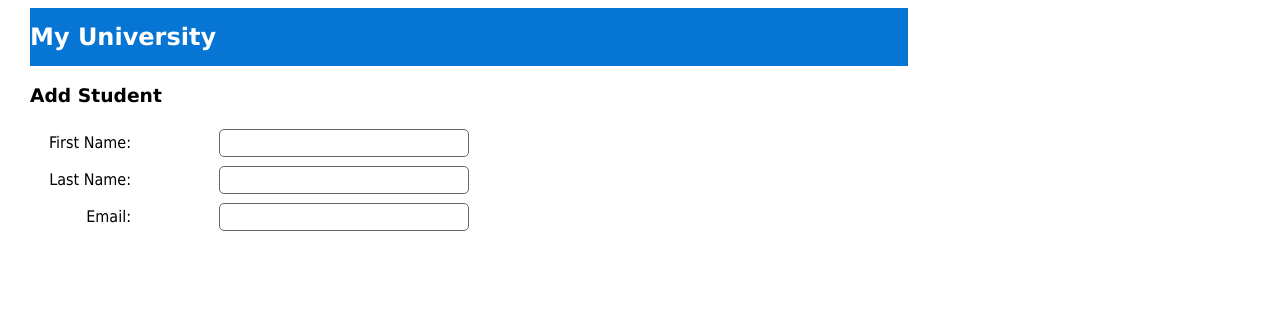
Repository: linhphan98/JavaDatabase
Page: http://localhost/web-student-tracker/add-student-form.jsp
These files come from the project's save history. The page is drawn as it stood at one moment and after the next save; the edit follows.
The browser window is 1280 px wide. The pictures show the whole page.
The page is served by Tomcat 9. Nobody is signed in. The application's start-up code is not run.

Above is the page before, as saved 2020-01-20 17:42:16.

After the next save:
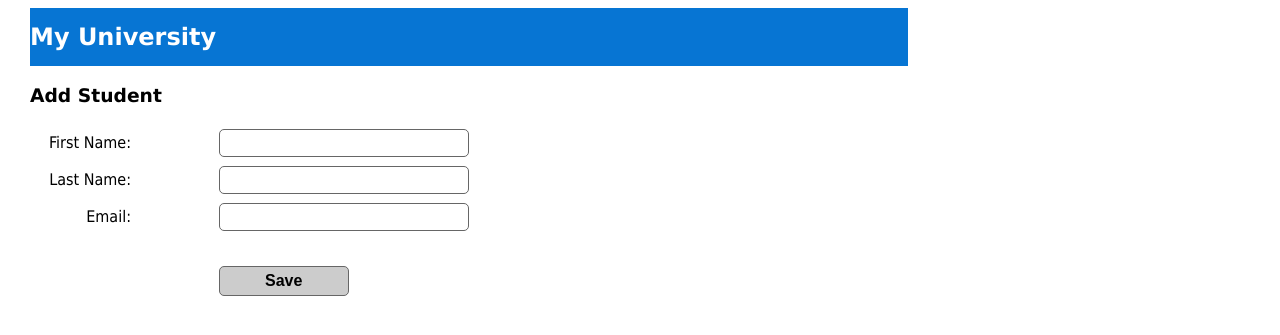
Saved 70 s later.
--- a/web-student-tracker/WebContent/add-student-form.jsp
+++ b/web-student-tracker/WebContent/add-student-form.jsp
@@ -37,6 +37,11 @@
 							<td><label>Email: </label></td>
 							<td><input type="text" name="email"/></td>
 						</tr>
+
+						<tr>
+							<td><label></label></td>
+							<td><input type="submit" value="Save" class="save"/></td>
+						</tr>
 					</tbody>
 				</table>
 			</form>
